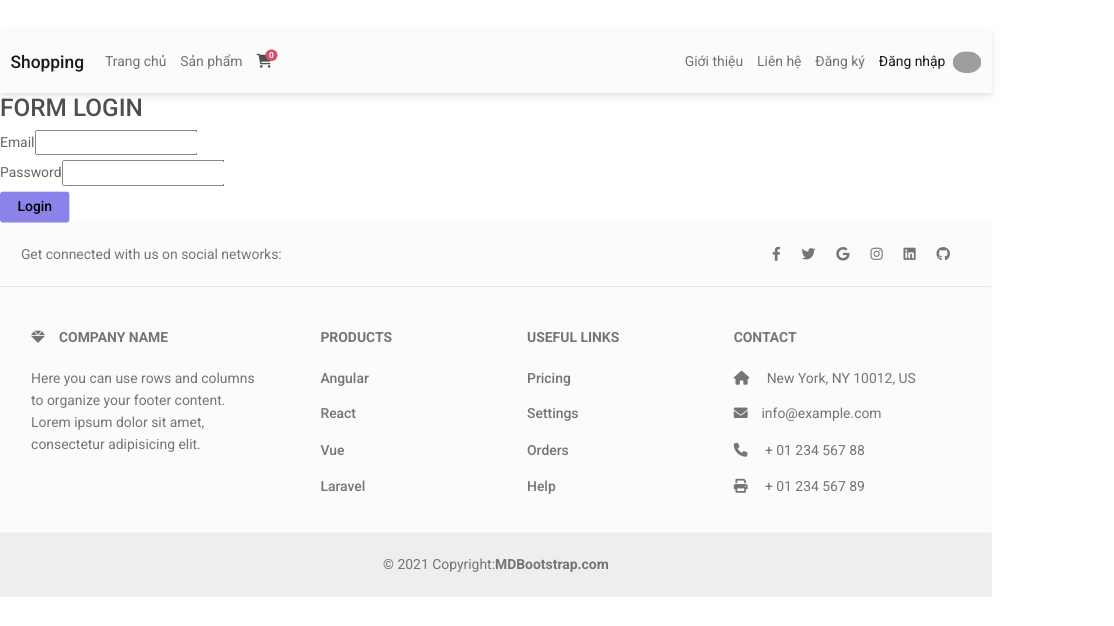
Repository: TinhTT336/MD02_Session10
Page: /login
These files come from the project's save history. The page is drawn as it stood at one moment and after the next save; the edit follows.
The browser window is 1280 px wide. The pictures show the whole page, at 87% of full size.
Pictures or frames that could not be fetched are drawn as grey boxes. Some web libraries are served in a nearby version. The project was rebuilt for these pictures with package versions that can differ from the ones it lists, and the page was loaded fresh each time. Also part of the build but not shown: vite.config.js, src/pages/Home.jsx, src/common/formatMoney.js, src/actions/cartActions.js, src/pages/ListProduct.jsx, src/pages/Cart.jsx, src/components/base/backtop/backtop.css, src/components/base/backtop/BackToTop.jsx and 11 more.

Above is the page before, as saved 2023-09-08 17:08:33.

After the next save:
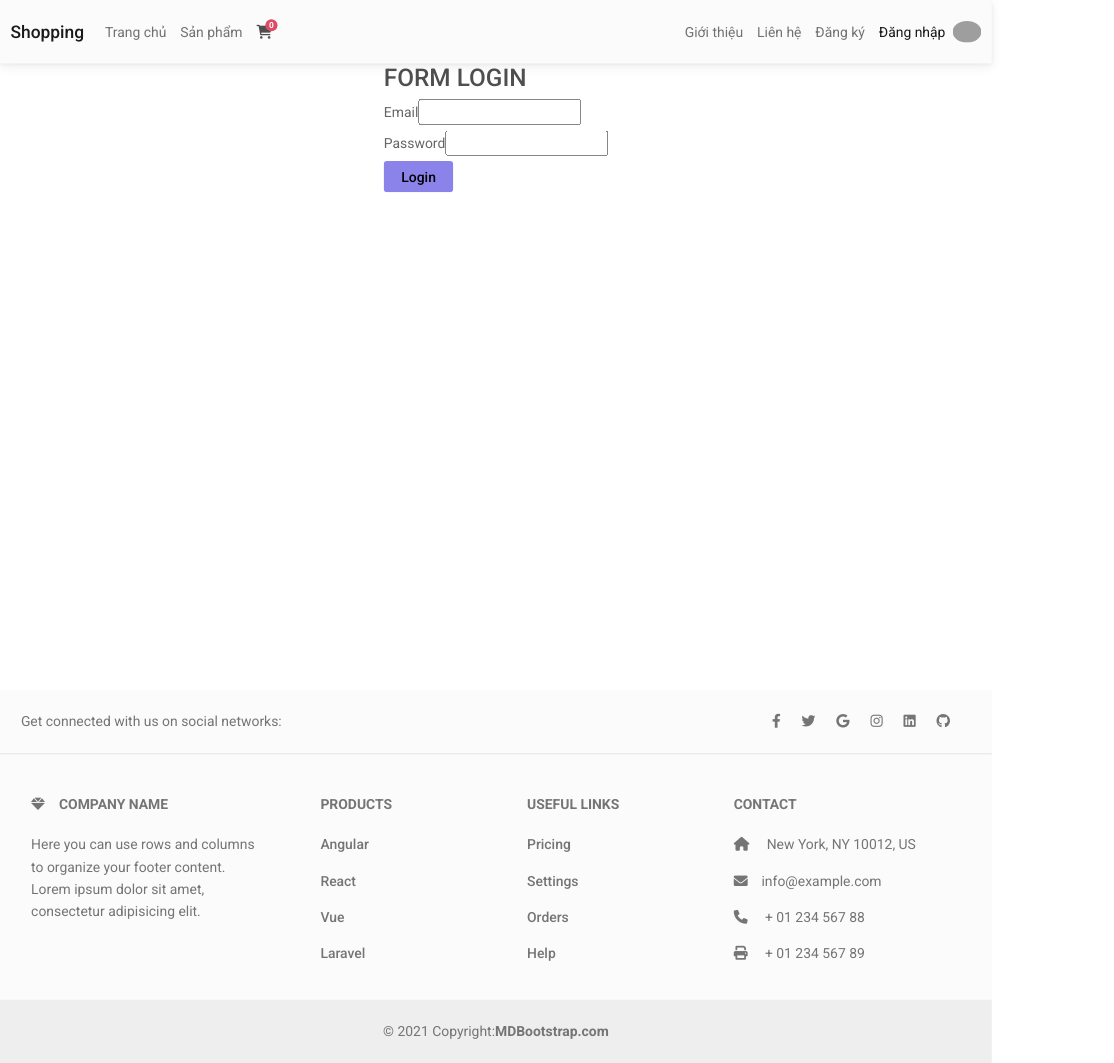
Saved 85 s later.
--- a/src/pages/Login.jsx
+++ b/src/pages/Login.jsx
@@ -7,18 +7,20 @@ export default function Login() {
     return (
         <div>
             <Navbar />
-            <form className='form-container'>
-                <h3 className='form-heading'>FORM LOGIN</h3>
-                <div className='form-group'>
-                    <label className='form-label' htmlFor="email">Email</label>
-                    <input className='form-input' type="text" id="email" />
-                </div>
-                <div className='form-group'>
-                    <label className='form-label' htmlFor="password">Password</label>
-                    <input className='form-input' type="password" id="password" />
-                </div>
-                <Button title='Login' type='primary' />
-            </form>
+            <div style={{ minHeight: "100vh" }} className='d-flex justify-content-center align-item-center'>
+                <form className='form-container'>
+                    <h3 className='form-heading'>FORM LOGIN</h3>
+                    <div className='form-group'>
+                        <label className='form-label' htmlFor="email">Email</label>
+                        <input className='form-input' type="text" id="email" />
+                    </div>
+                    <div className='form-group'>
+                        <label className='form-label' htmlFor="password">Password</label>
+                        <input className='form-input' type="password" id="password" />
+                    </div>
+                    <Button title='Login' type='primary' />
+                </form>
+            </div>
             <Footer />
         </div>
     )
